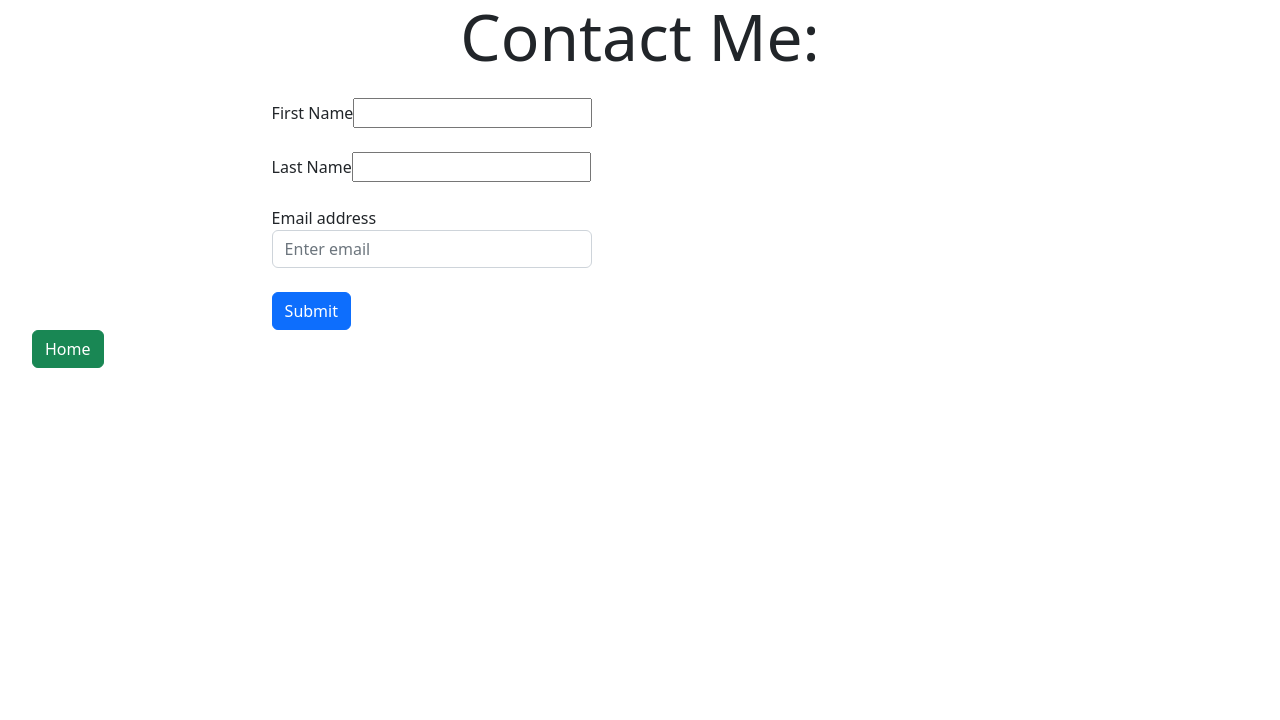
Repository: collegedude9300/zenschool
Page: /Login
These files come from the project's save history. The page is drawn as it stood at one moment and after the next save; the edit follows.
The browser window is 1280 px wide. The pictures show the whole page.
The project was rebuilt for these pictures with package versions that can differ from the ones it lists, and the page was loaded fresh each time. The framework's server and built-in components were replaced by stand-ins that run in the browser. Also part of the build but not shown: next.config.js.

Above is the page before, as saved 2022-10-27 09:49:13.

### pages/Login.js
import Head from 'next/head'
import Image from 'next/image'
import styles from '../styles/Home.module.css'
import 'bootstrap/dist/css/bootstrap.css'
import Link from 'next/link';
export default function Login() {
  const validateEmail = (email) => {
    const re = /^(([^<>()[\]\\.,;:\s@"]+(\.[^<>()[\]\\.,;:\s@"]+)*)|(".+"))@((\[[0-1]\d{1,2}\.[0-1]\d{1,2}\.[0-1]\d{1,2}\.[0-1]\d{1,2}\])|(([a-zA-Z\-0-9]+\.)+[a-zA-Z]{2,}))$/;
    return re.test(String(email).toLowerCase());
  }

  const validateFirstName = (firstName) => {
    const re = /^[a-zA-Z]+$/;
    return re.test(String(firstName).toLowerCase());
  }
  //check to see if your last name is valid
  const validateLastName = (lastName) => {
    const re = /^[a-zA-Z]+$/;
    return re.test(String(lastName).toLowerCase());
  }

//check to see if the email is valid
  const handleSubmit = (e) => {
    e.preventDefault();
    const email = document.getElementById("email").value;
    const firstName = document.getElementById("firstName").value;
    const lastName = document.getElementById("lastName").value;
    if (validateEmail(email) && validateFirstName(firstName) && validateLastName(lastName))
    {
      document.getElementById("email").value = "";
      document.getElementById("firstName").value = "";
      document.getElementById("lastName").value = "";
      alert("Form submitted successfully");
    }
    else if (!validateEmail(email)) {
      alert("Please enter a valid email address");
    }
    else if (!validateFirstName(firstName)) {
      alert("Please enter a valid first name");
    }
    else if (!validateLastName(lastName)) {
      alert("Please enter a valid last name");
    }
    else
    {
      alert("Form not submitted correctly, please fix your errors");
    }
  }
//check to see if the email is valid
  return (
    <div className={styles.container}>
      <Head>
        <title>Contact</title>
        <meta name="description" content="Generated by create next app" />
        <link rel="icon" href="/favicon.png" />
      </Head>

      <main className={styles.pages}>
        <h1 className={styles.title}>
          Contact Me:
        </h1>
        <div className={styles.grid}>
            <form onSubmit={handleSubmit}>
            <br></br>
              <div className="form-group">
              <label htmlFor="firstName">First Name</label>
			<input type="text" name="firstName" id="firstName" placeholder=""/>
      <br></br>
      <br></br>
			<label htmlFor="lastName">Last Name</label>
			<input type="text" name="lastName" id="lastName" placeholder=""/>
      <br></br>
      <br></br>
                <label htmlFor="email">Email address</label>
                <input type="email" className="form-control" id="email" placeholder="Enter email"/>
                <br></br>
              </div>
              <button type="submit" className="btn btn-primary">Submit</button>
            </form>
        </div>
        <Link legacyBehavior href="/">
        <a className="btn btn-success">Home</a>
        </Link>
      </main>
      </div>
  )}

### styles/Home.module.css
.container {
  padding: 0 2rem;
}

.main {
  min-height: 100vh;
  padding: 4rem 0;
  flex: 1;
  display: flex;
  flex-direction: column;
  justify-content: center;
  align-items: center;
  background-color: #d1d422;
}

.footer {
  display: flex;
  flex: 1;
  padding: 2rem 0;
  border-top: 1px solid #eaeaea;
  justify-content: center;
  align-items: center;
}

.footer a {
  display: flex;
  justify-content: center;
  align-items: center;
  flex-grow: 1;
}

.title a {
  color: #0070f3;
  text-decoration: none;
}

.title a:hover,
.title a:focus,
.title a:active {
  text-decoration: underline;
}

.title {
  margin: 0;
  line-height: 1.15;
  font-size: 4rem;
}

.title,
.description {
  text-align: center;
}

.description {
  margin: 4rem 0;
  line-height: 1.5;
  font-size: 1.5rem;
}

.code {
  background: #fafafa;
  border-radius: 5px;
  padding: 0.75rem;
  font-size: 1.1rem;
  font-family: Menlo, Monaco, Lucida Console, Liberation Mono, DejaVu Sans Mono,
    Bitstream Vera Sans Mono, Courier New, monospace;
}

.grid {
  display: flex;
  align-items: center;
  justify-content: center;
  flex-wrap: wrap;
  max-width: 800px;
}

.card {
  margin: 1rem;
  padding: 1.5rem;
  text-align: left;
  color: inherit;
  text-decoration: none;
  border: 1px solid #eaeaea;
  border-radius: 10px;
  transition: color 0.15s ease, border-color 0.15s ease;
  max-width: 300px;
}

.card:hover,
.card:focus,
.card:active {
  color: #0070f3;
  border-color: #0070f3;
}

.card h2 {
  margin: 0 0 1rem 0;
  font-size: 1.5rem;
}

.card p {
  margin: 0;
  font-size: 1.25rem;
  line-height: 1.5;
}

.logo {
  height: 1em;
  margin-left: 0.5rem;
}

@media (max-width: 600px) {
  .grid {
    width: 100%;
    flex-direction: column;
  }
}

@media (prefers-color-scheme: dark) {
  .card,
  .footer {
    border-color: #222;
  }
  .code {
    background: #111;
  }
  .logo img {
    filter: invert(1);
  }
}

Loaded but not shown: pages/_app.js (common file); styles/globals.css (common file)

After the next save:
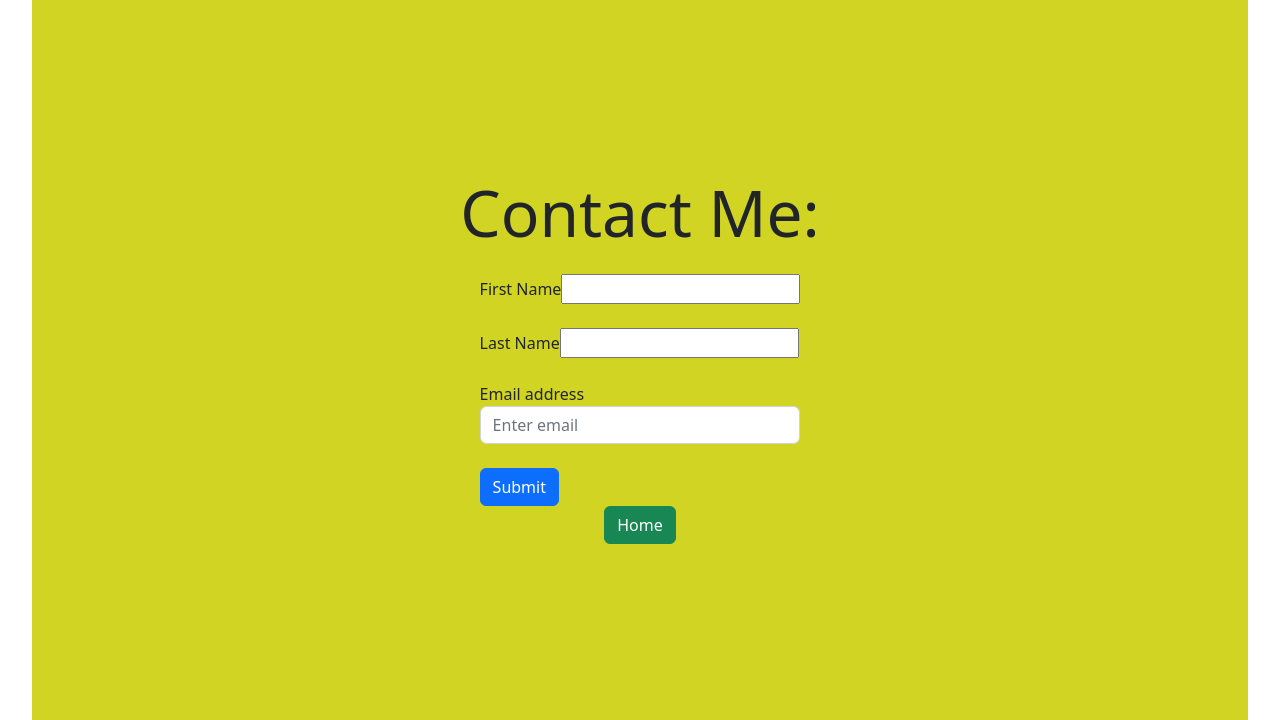
Saved 60 s later.
--- a/pages/Login.js
+++ b/pages/Login.js
@@ -55,7 +55,7 @@ export default function Login() {
         <link rel="icon" href="/favicon.png" />
       </Head>
 
-      <main className={styles.pages}>
+      <main className={styles.main}>
         <h1 className={styles.title}>
           Contact Me:
         </h1>
